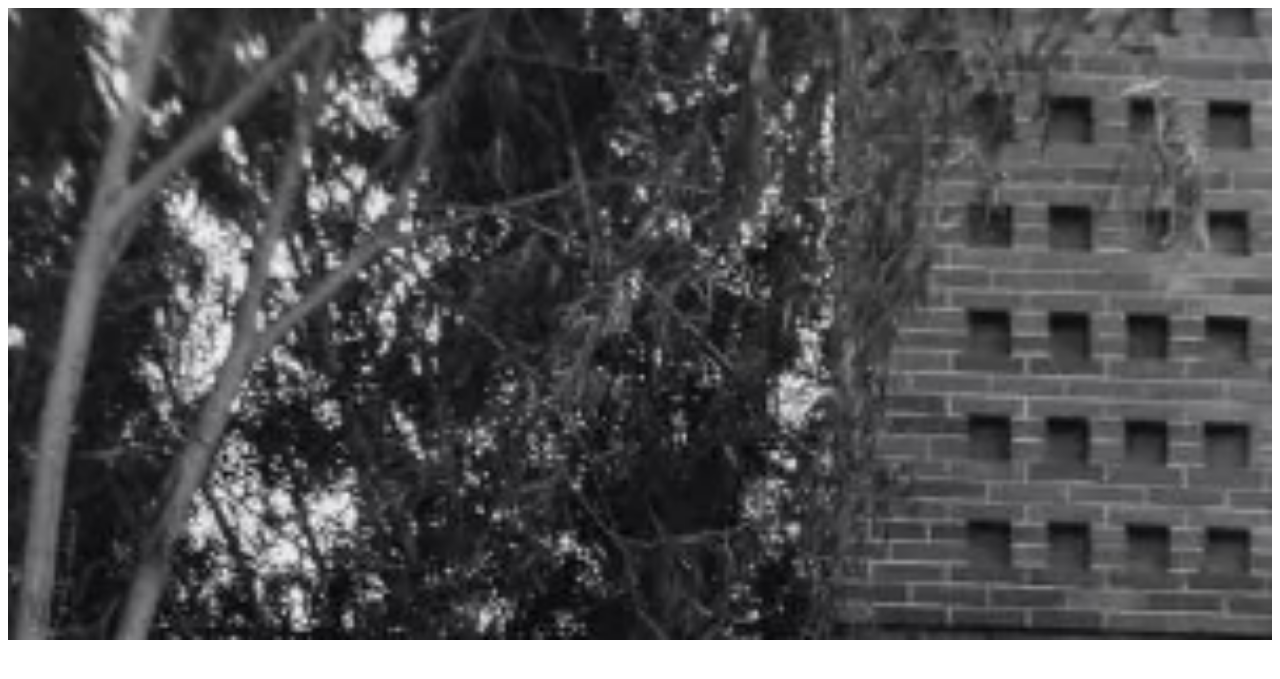
Repository: nishuiwei/nishuiwei.github.io
Page: demo_01.html
The author's editor kept a copy of each file at every save. The page is drawn from the files as they stood at one save, then again after the next save.
The browser window is 1280 px wide. The pictures show the whole page.

Above is the page before, as saved 2019-12-19 09:56:38.

### demo_01.html
<!DOCTYPE html>
<html lang="en">

<head>
  <meta charset="UTF-8">
  <meta name="viewport" content="width=device-width, initial-scale=1.0">
  <meta http-equiv="X-UA-Compatible" content="ie=edge">
  <meta name="卫慧杰" content="w920098695@sina.cn" />
  <meta name="keywords" content="your tags" />
  <meta name="description" content="your description" />
  <meta http-equiv="X-UA-Compatible" content="ie=edge">
  <meta name="COPYRIGHT" content="卫慧杰">
  <title>Document</title>
  <style>
    #canvas {
      margin: 0;
      padding: 0;
      background: rgba(0, 0, 0, .8);
      /* width: 100%; */
      width: 100%;
      height: 100%;
    }
  </style>
</head>

<body>
  <canvas id="canvas"></canvas>
  <script src="./demo_01.js"></script>
</body>

</html>

### demo_01.js
const canvas = document.getElementById('canvas');
const ctx = canvas.getContext('2d');

var img = new Image();
img.onload = function() {
  ctx.drawImage(img, 0, 0, 640, 860)
}
img.src = './bg1.jpg';

After the next save:
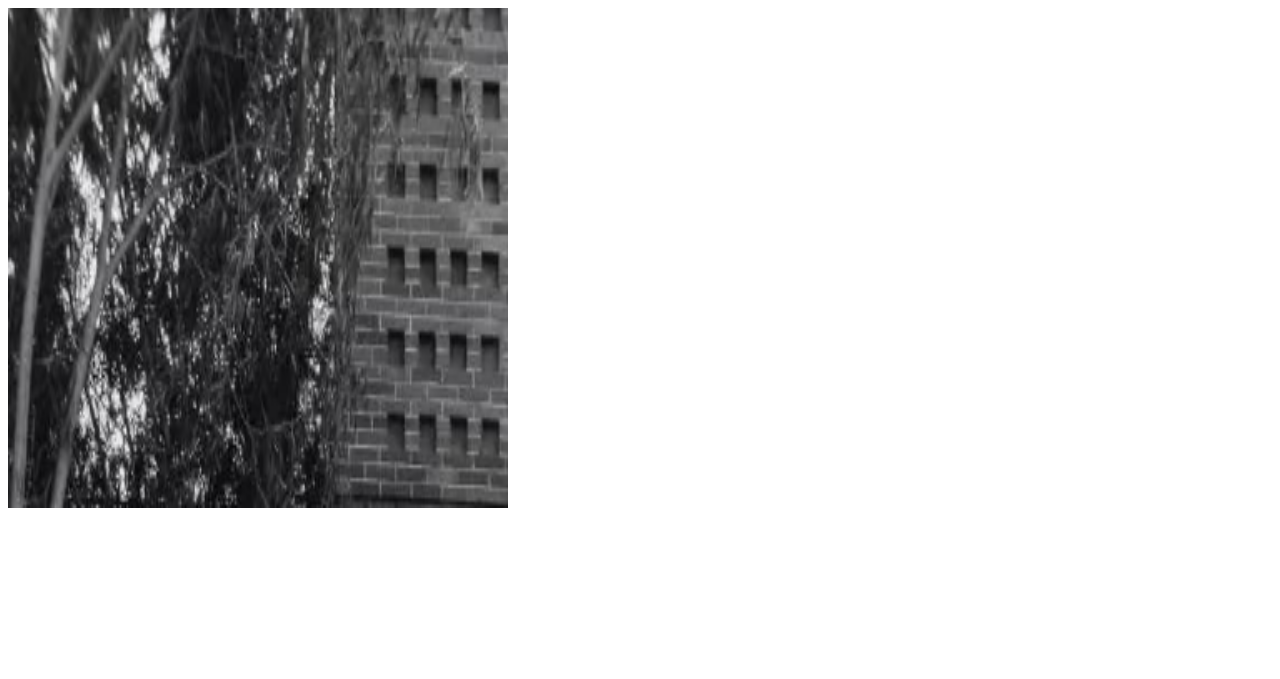
Saved 2 min 11 s later.
--- a/demo_01.html
+++ b/demo_01.html
@@ -16,15 +16,12 @@
       margin: 0;
       padding: 0;
       background: rgba(0, 0, 0, .8);
-      /* width: 100%; */
-      width: 100%;
-      height: 100%;
     }
   </style>
 </head>
 
 <body>
-  <canvas id="canvas"></canvas>
+  <canvas id="canvas" style="width: 500px; height: 500px;"></canvas>
   <script src="./demo_01.js"></script>
 </body>
 
